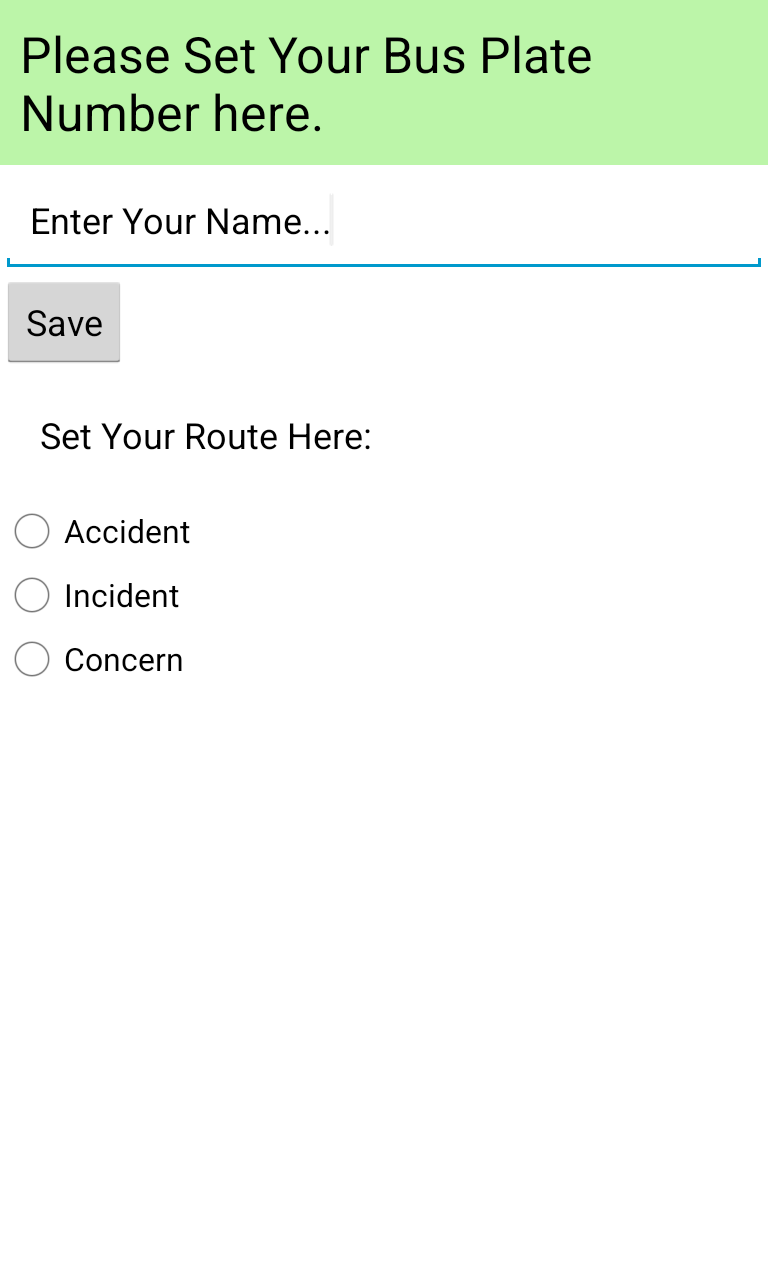
Repository: patheon17/myrepo2
Layout: workspace/UMBusTracker/res/layout/activity_set_plate_num.xml
The author's editor kept a copy of each file at every save. The layout is drawn from the files as they stood at one save, then again after the next save.
It is drawn on a 768 x 1280 px phone screen (xhdpi) without system bars, with theme AppTheme; the app's code is not run.

Above is the layout before, as saved 2013-10-01 09:46:39.

After the next save:
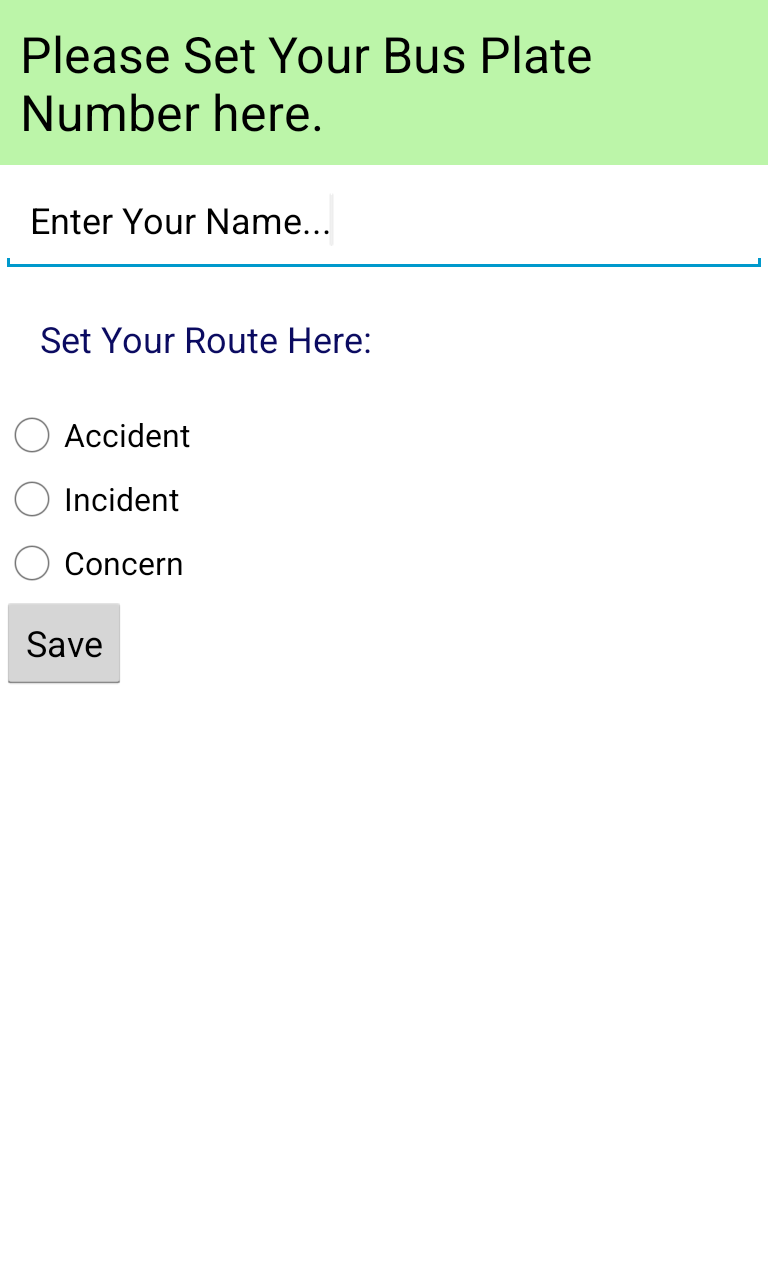
Saved 97 s later.
--- a/workspace/UMBusTracker/res/layout/activity_set_plate_num.xml
+++ b/workspace/UMBusTracker/res/layout/activity_set_plate_num.xml
@@ -26,19 +26,14 @@
         <requestFocus />
     </EditText>
 
-    <Button
-        android:id="@+id/button1"
-        android:layout_width="wrap_content"
-        android:layout_height="wrap_content"
-        android:text="Save" />
-
     <TextView
         android:id="@+id/textView2"
         android:layout_width="wrap_content"
         android:layout_height="wrap_content"
+        android:padding="20sp"
         android:text="Set Your Route Here:"
-        android:padding="20sp"
-        android:textAppearance="?android:attr/textAppearanceMedium" />
+        android:textAppearance="?android:attr/textAppearanceMedium"
+        android:textColor="#0B0B61" />
 
     <RadioGroup
         android:layout_width="fill_parent"
@@ -63,4 +58,10 @@
             android:text="Concern" />
     </RadioGroup>
 
+    <Button
+        android:id="@+id/button1"
+        android:layout_width="wrap_content"
+        android:layout_height="wrap_content"
+        android:text="Save" />
+
 </LinearLayout>
